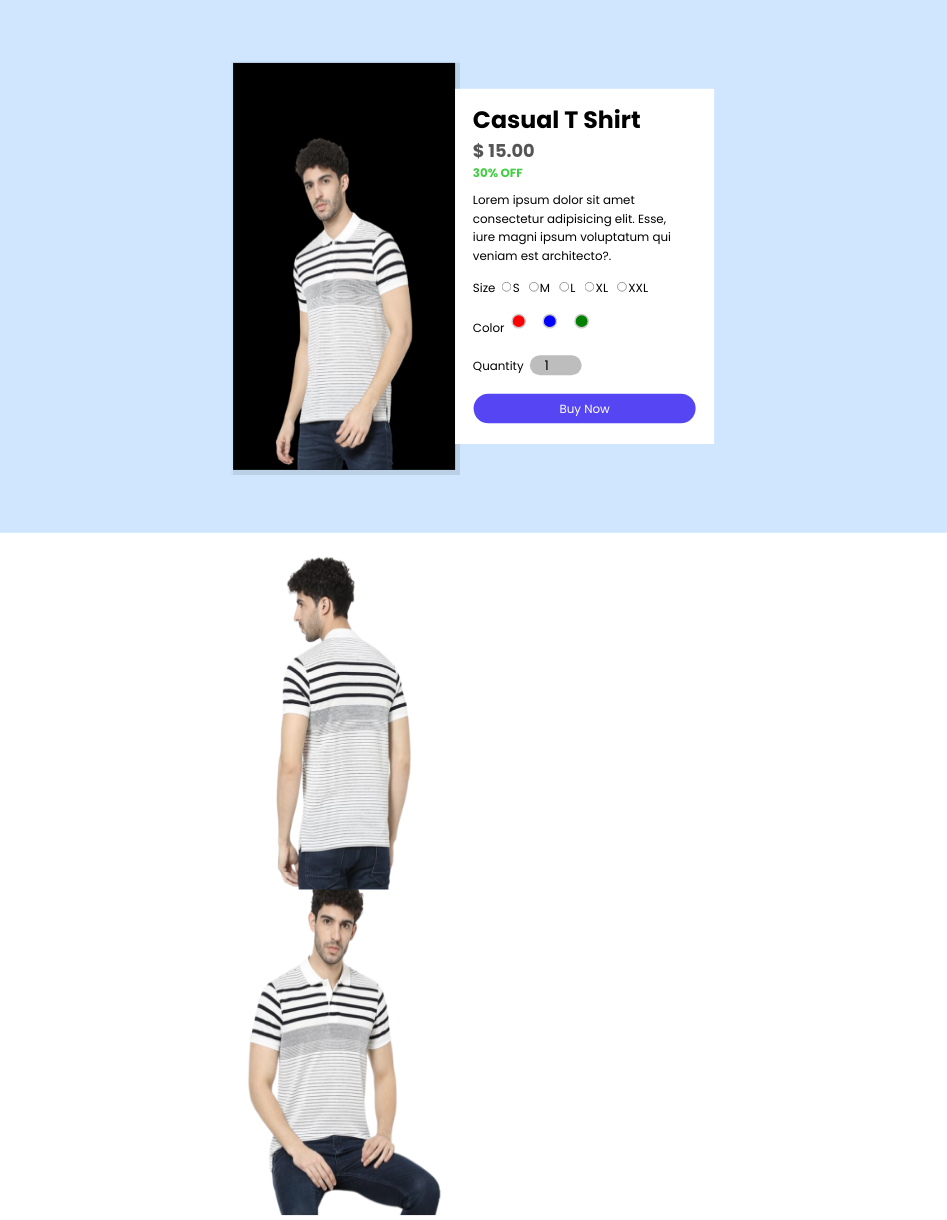
Repository: Ankitkr2021/Product-Page
Page: index.html
An editor plug-in stored every save of this project. The page is shown before and after the next save, followed by the edit.
The browser window is 1280 px wide. The pictures show the whole page, at 74% of full size.

Above is the page before, as saved 2025-10-25 14:48:08.

After the next save:
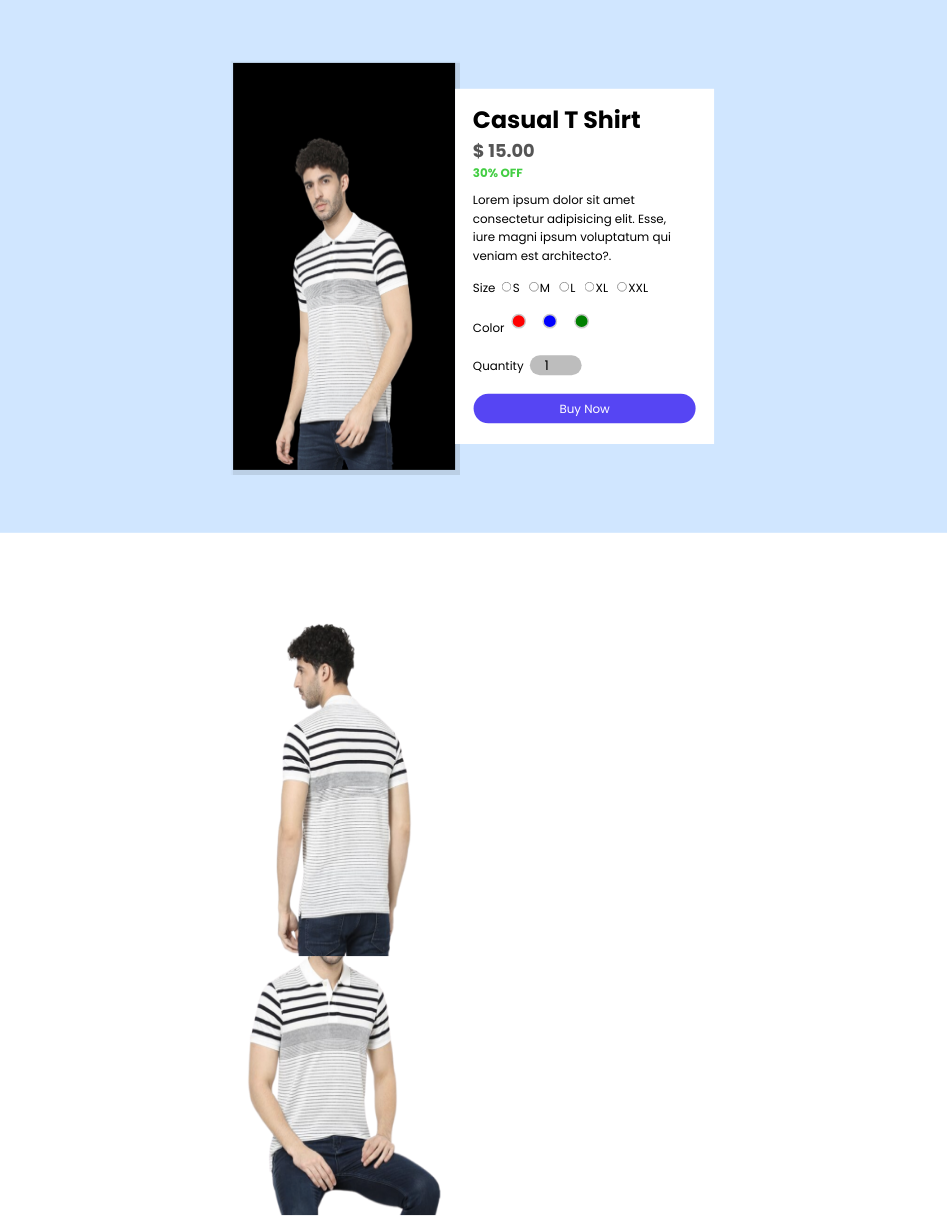
Saved 5 s later.
--- a/style.css
+++ b/style.css
@@ -32,7 +32,7 @@ img {
 
 .image2 {
   position: relative;
-  top: 10px;
+  top: 100px;
     height: 450px;
     width: 300px;
 }
